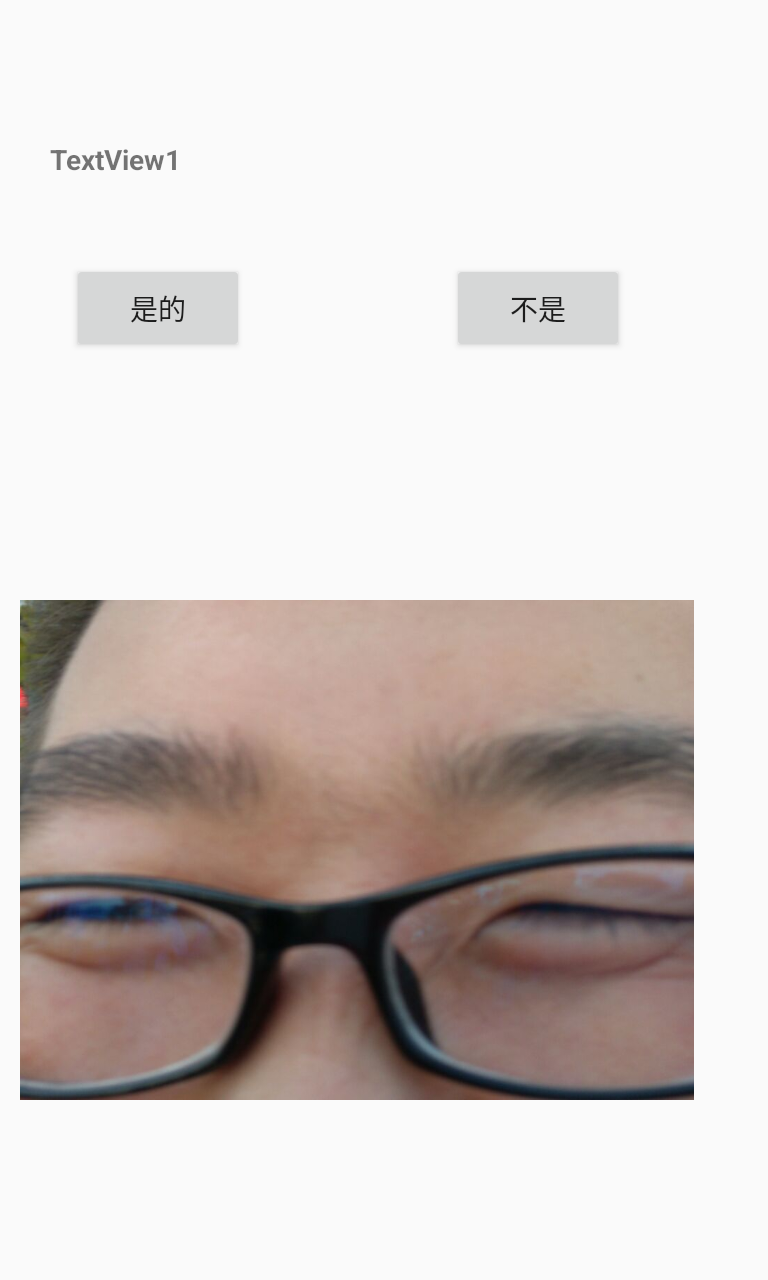
Repository: mjchow/qiuyi
Layout: demo1/res/layout/activity_main.xml
These files come from the project's save history. The layout is drawn as it stood at one moment and after the next save; the edit follows.
It is drawn on a 768 x 1280 px phone screen (xhdpi) without system bars, with theme AppTheme; the app's code is not run.

Above is the layout before, as saved 2014-12-25 16:17:04.

### demo1/res/layout/activity_main.xml
<FrameLayout xmlns:android="http://schemas.android.com/apk/res/android"
    xmlns:tools="http://schemas.android.com/tools"
    android:id="@+id/container"
    android:layout_width="match_parent"
    android:layout_height="match_parent"
    tools:context="com.example.demo1.MainActivity"
    tools:ignore="MergeRootFrame" >

    <ImageView
        android:id="@+id/imageview1"
        android:layout_width="480dp"
        android:layout_height="250dp"
        android:layout_marginLeft="10dp"
        android:layout_marginTop="300dp"
        android:scaleType="fitStart"
        android:src="@drawable/ydt1" />

      <TextView
        android:id="@+id/textView1"
        android:layout_width="wrap_content"
        android:layout_height="wrap_content"
        android:layout_marginLeft = "25dp"
        android:layout_marginTop = "70dp"
        android:textStyle="bold"
        android:text="TextView1" />

    <!--  <TextView
        android:id="@+id/textView2"
        android:layout_marginTop="100dp"
        android:layout_width="wrap_content"
        android:layout_height="wrap_content"
        android:text="TextView2" />
        -->
        <Button
        android:id="@+id/button1"
        android:layout_width="wrap_content"
        android:layout_height="wrap_content"
        android:layout_marginLeft = "35dp"
        android:layout_marginTop = "130dp"
        android:text="是的" />

    <Button
        android:id="@+id/button2"
        android:layout_width="wrap_content"
        android:layout_height="wrap_content"
        android:layout_marginLeft = "225dp"
        android:layout_marginTop = "130dp"
        android:text="不是" />

</FrameLayout>

Loaded but not shown: demo1/res/values/styles.xml (common file); demo1/res/values-v11/styles.xml (common file); demo1/res/values-v14/styles.xml (common file)

After the next save:
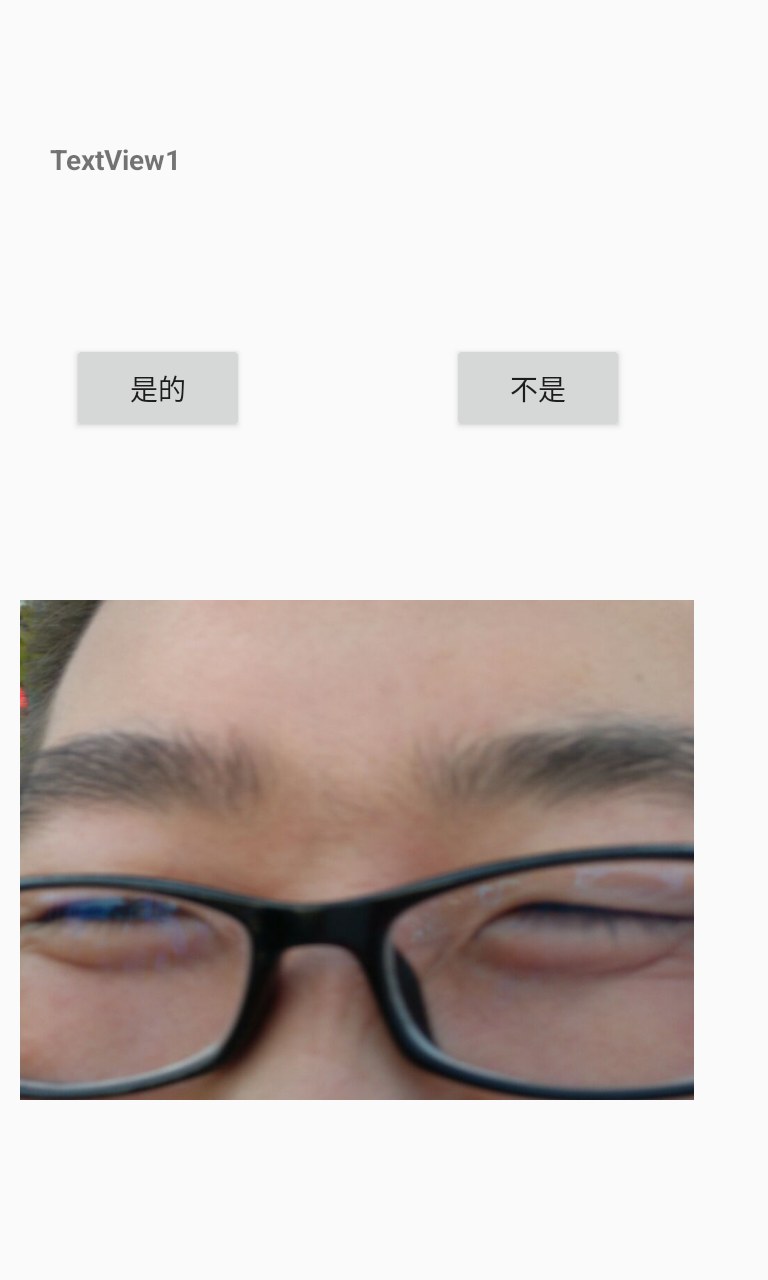
Saved 84 s later.
--- a/demo1/res/layout/activity_main.xml
+++ b/demo1/res/layout/activity_main.xml
@@ -36,7 +36,7 @@
         android:layout_width="wrap_content"
         android:layout_height="wrap_content"
         android:layout_marginLeft = "35dp"
-        android:layout_marginTop = "130dp"
+        android:layout_marginTop = "170dp"
         android:text="是的" />
 
     <Button
@@ -44,7 +44,7 @@
         android:layout_width="wrap_content"
         android:layout_height="wrap_content"
         android:layout_marginLeft = "225dp"
-        android:layout_marginTop = "130dp"
+        android:layout_marginTop = "170dp"
         android:text="不是" />
 
 </FrameLayout>
